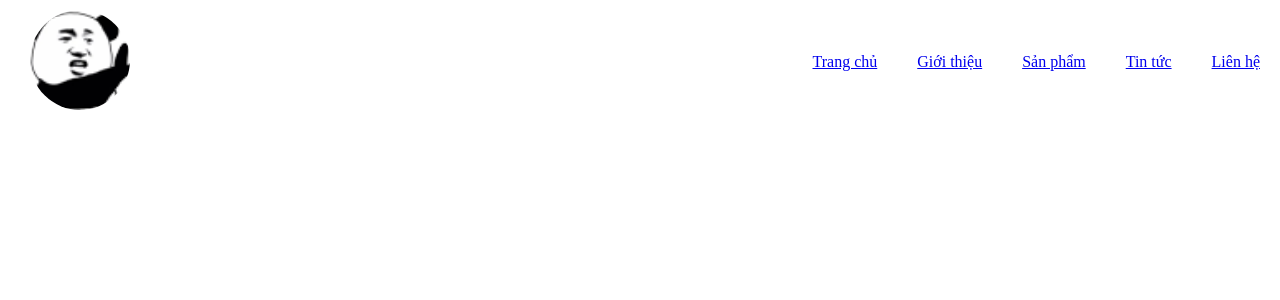
Repository: ThuatDev/BTVN_FE_JUNE
Page: buoi6.html
An editor plug-in stored every save of this project. The page is shown before and after the next save, followed by the edit.
The browser window is 1280 px wide. The pictures show the whole page.

Above is the page before, as saved 2023-08-12 16:13:09.

### buoi6.html
<!DOCTYPE html>
<html lang="en">
  <head>
    <meta charset="UTF-8" />
    <meta name="viewport" content="width=device-width, initial-scale=1.0" />
    <title>Document</title>
    <link rel="stylesheet" href="./assets/style.css" />
  </head>
  <body>
    <header>
      <div class="container-nav">
        <div class="navbar">
          <div class="navbar__logo">
            <img src="./assets/img/brand.png" alt="" />
          </div>
          <div class="navbar__menu">
            <ul class="list-navigator">
              <li class="list-navigator-item">
                <a href="#" class="nav-item">Trang chủ</a>
              </li>
              <li class="list-navigator-item">
                <a href="#" class="nav-item">Giới thiệu</a>
              </li>
              <li class="list-navigator-item">
                <a href="#" class="nav-item">Sản phẩm</a>
              </li>
              <li class="list-navigator-item">
                <a href="#" class="nav-item">Tin tức</a>
              </li>
              <li class="list-navigator-item">
                <a href="#" class="nav-item">Liên hệ</a>
              </li>
            </ul>
          </div>
        </div>
      </div>
    </header>
  </body>
</html>

### assets/style.css
* {
  margin: 0;
  padding: 0;
  box-sizing: border-box;
}
.container-nav {
  max-width: 1280px;
  /* background-color: #0d6efd; */
  margin: 0 auto;
}
.navbar__logo img {
  width: 100px;
  height: 100px;
  object-fit: cover;
  border-radius: 50%;
  margin: 10px;
}
.navbar {
  display: flex;
  justify-content: space-between;
  align-items: center;
  padding: 0 20px;
}
.navbar .navbar__menu .list-navigator {
  display: flex;
  justify-content: space-between;
  align-items: center;
  gap: 0 40px;
}
.navbar .navbar__menu .list-navigator li {
  list-style: none;
}

After the next save:
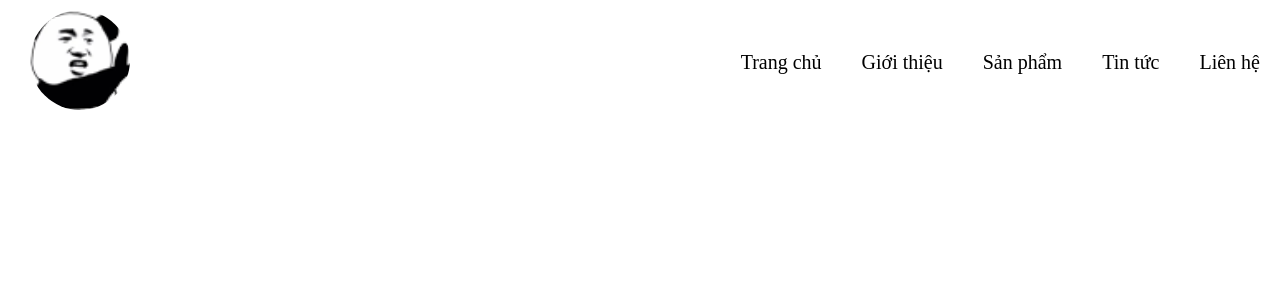
Saved 11 s later.
--- a/assets/style.css
+++ b/assets/style.css
@@ -30,3 +30,10 @@
 .navbar .navbar__menu .list-navigator li {
   list-style: none;
 }
+.navbar .navbar__menu .list-navigator li a {
+  text-decoration: none;
+  color: #000;
+  font-size: 20px;
+  font-weight: 500;
+  transition: all 0.3s ease;
+}
